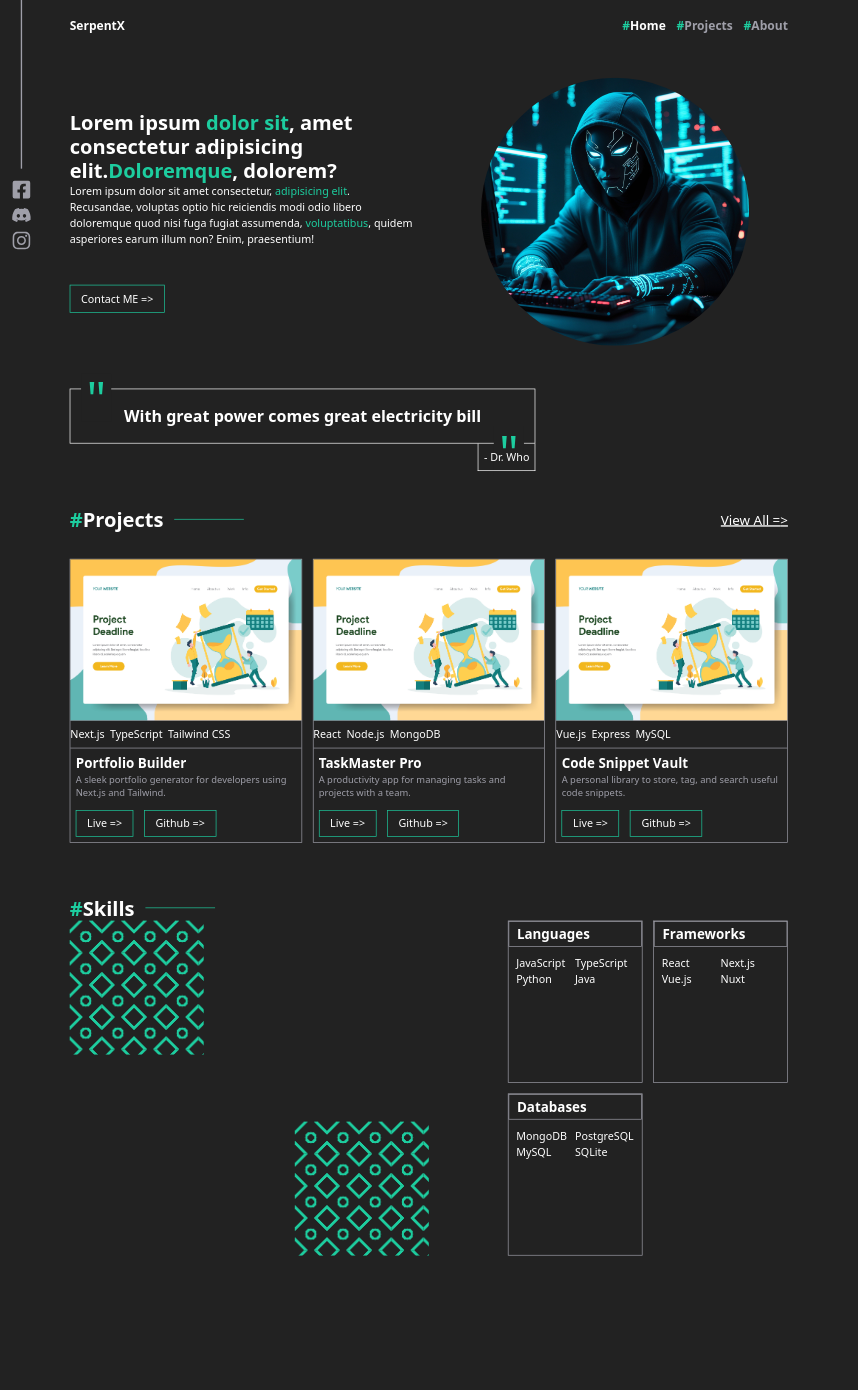
Repository: SERPENTX03/Portfolio-Tutorial
Page: /
An editor plug-in stored every save of this project. The page is shown before and after the next save, followed by the edit.
The browser window is 1280 px wide. The pictures show the whole page, at 67% of full size.
The project was rebuilt for these pictures with package versions that can differ from the ones it lists, and the page was loaded fresh each time. The framework's server and built-in components were replaced by stand-ins that run in the browser. Also part of the build but not shown: next.config.ts.

Above is the page before, as saved 2025-04-19 21:50:46.

After the next save:
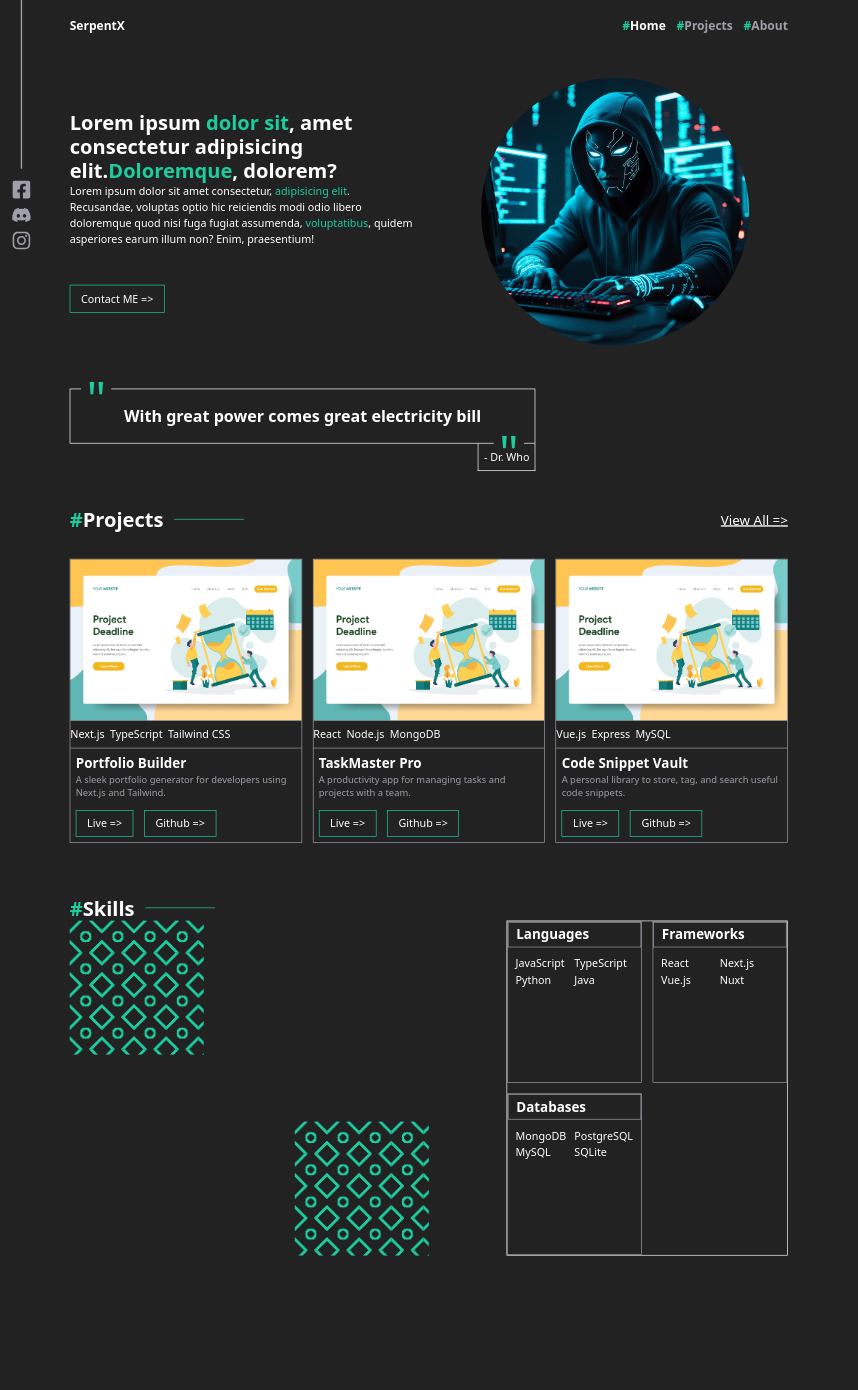
Saved 8 s later.
--- a/components/Skils.tsx
+++ b/components/Skils.tsx
@@ -15,7 +15,7 @@
           <div className="w-[200px] h-[200px] pattern absolute bottom-0 right-0"></div>
         </div>
         {/* Skils */}
-        <div className="grid grid-cols-2 gap-4">
+        <div className="grid grid-cols-2 gap-4 border">
           {techStacks.map((skil, index) => (
             <div key={index} className=" border border-text">
               <h3 className="text-xl font-bold border-b border border-text px-3 py-1">

After the save that followed:
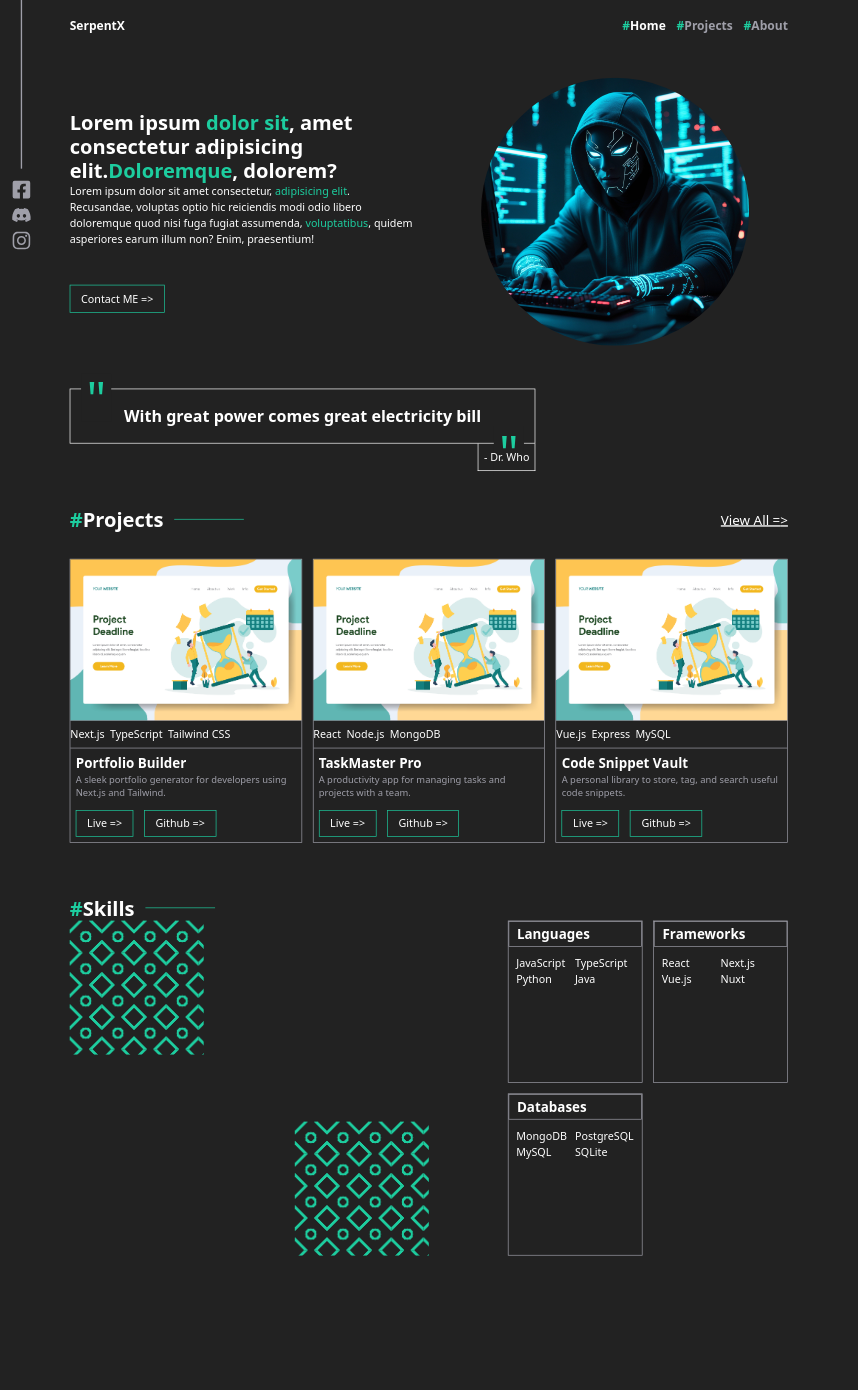
Saved 11 s later.
--- a/components/Skils.tsx
+++ b/components/Skils.tsx
@@ -15,7 +15,7 @@
           <div className="w-[200px] h-[200px] pattern absolute bottom-0 right-0"></div>
         </div>
         {/* Skils */}
-        <div className="grid grid-cols-2 gap-4 border">
+        <div className="grid grid-cols-2 gap-4 h-auto">
           {techStacks.map((skil, index) => (
             <div key={index} className=" border border-text">
               <h3 className="text-xl font-bold border-b border border-text px-3 py-1">
